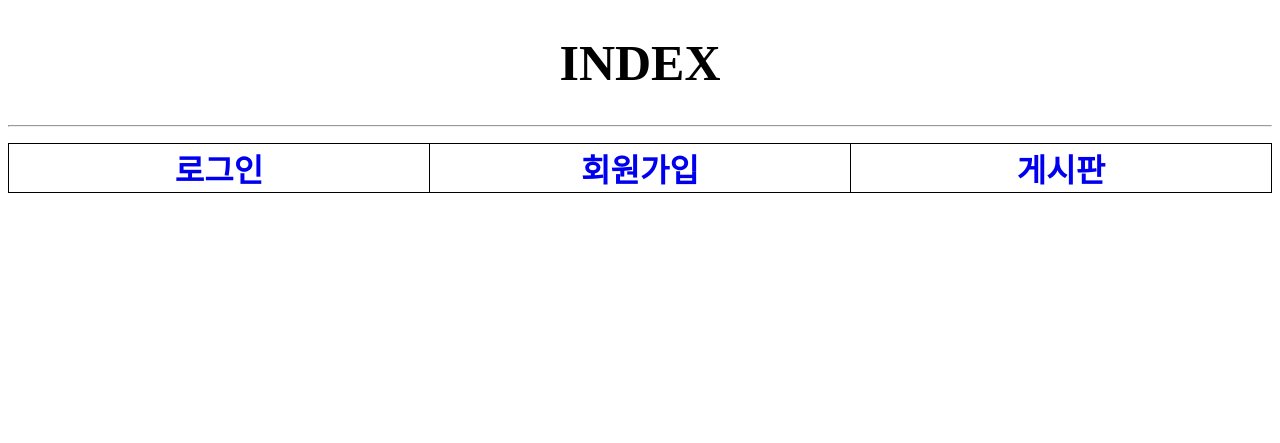
Repository: jeonghyunseok/GMSUI
Page: GMSUI/WebContent/index.html
These files come from the project's save history. The page is drawn as it stood at one moment and after the next save; the edit follows.
The browser window is 1280 px wide. The pictures show the whole page.

Above is the page before, as saved 2017-07-19 07:10:46.

### GMSUI/WebContent/index.html
<!DOCTYPE html>
<html>
<head>
<meta charset="UTF-8">
<title>Hello HTML</title>
</head>
<body>
<h1 style="font-size:50px; text-align:center;">INDEX<h1>
	<hr />
	<table style="width: 100%; border-collapse: collapse;">
		<tr>
			<td style="border: 1px solid black;width:30%; text-align:center;">
			<a href="member/login.html" style="text-decoration: none">로그인</a></td>
			<td style="border: 1px solid black;width:30%; text-align:center;">
			<a href="member/join.html" style="text-decoration: none">회원가입</a></td>
			<td style="border: 1px solid black;width:30%; text-align:center;">
			<a href="board/board_list.html" style="text-decoration: none">게시판</a></td>
		</tr>
		<tr>
			<td></td>
			<td></td>
			<td></td>
		</tr>
		<tr>
			<td></td>
			<td></td>
			<td></td>
		</tr>
	</table>
</body>
</html>

After the next save:
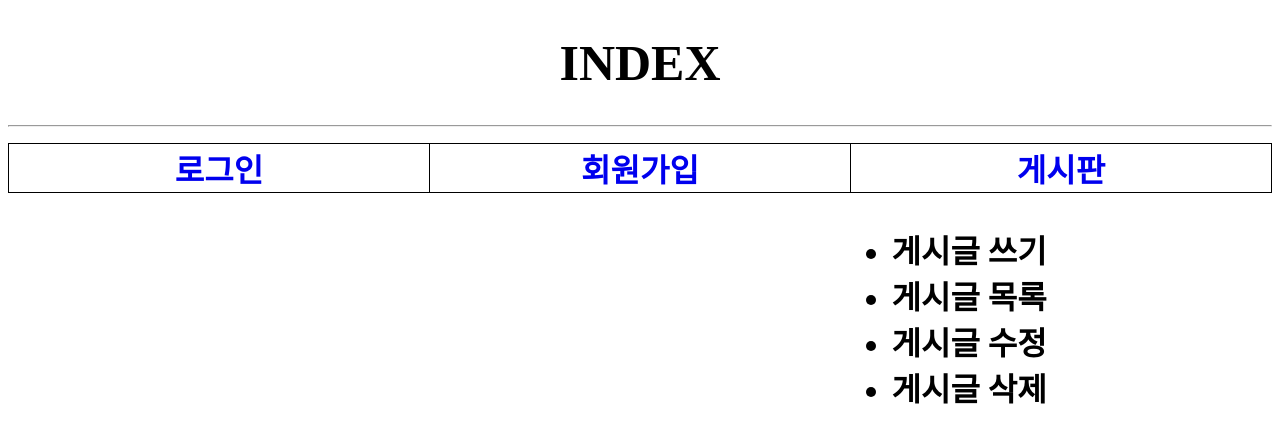
Saved 3 min 26 s later.
--- a/GMSUI/WebContent/index.html
+++ b/GMSUI/WebContent/index.html
@@ -19,12 +19,14 @@
 		<tr>
 			<td></td>
 			<td></td>
-			<td></td>
-		</tr>
-		<tr>
-			<td></td>
-			<td></td>
-			<td></td>
+			<td>
+				 <ul>
+				 	<li>게시글 쓰기</li>
+				 	<li>게시글 목록</li>
+				 	<li>게시글 수정</li>
+				 	<li>게시글 삭제</li>
+				 </ul>
+			</td>
 		</tr>
 	</table>
 </body>
